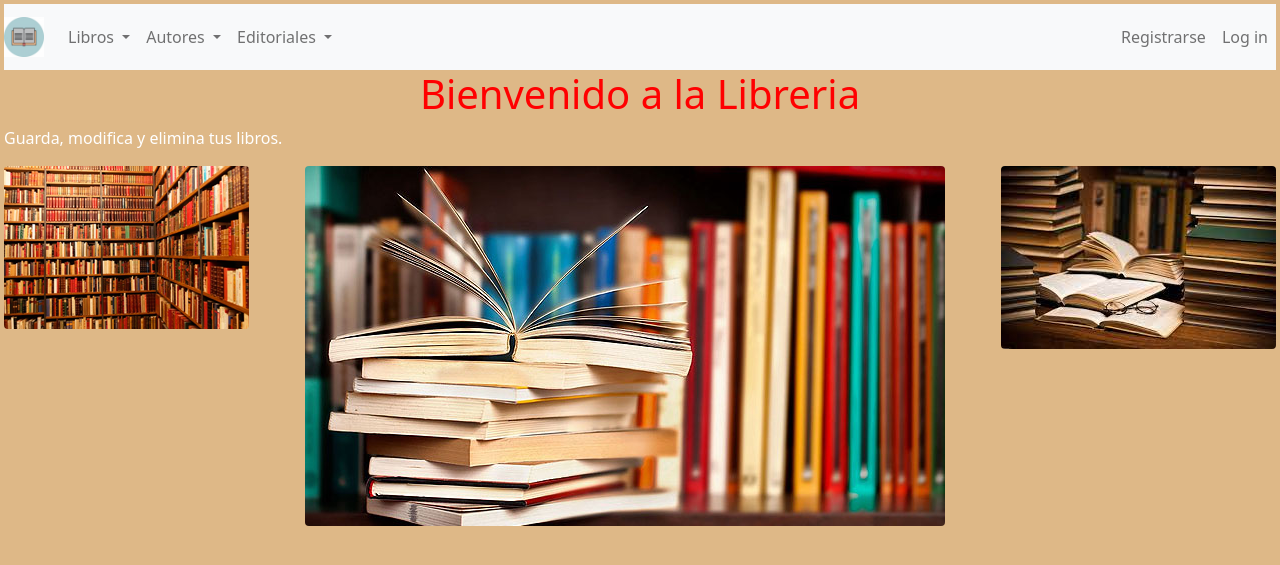
Repository: frnalonso/libreria
Page: src/main/resources/templates/index.html
The author's editor kept a copy of each file at every save. The page is drawn from the files as they stood at one save, then again after the next save.
The browser window is 1280 px wide. The pictures show the whole page.

Above is the page before, as saved 2021-12-03 21:21:26.

### src/main/resources/templates/index.html

<!doctype html>
<html lang="en">
  <head>
    <!-- Required meta tags -->
    <meta charset="utf-8">
    <meta name="viewport" content="width=device-width, initial-scale=1">

    <!-- Bootstrap CSS -->
    <link href="https://cdn.jsdelivr.net/npm/bootstrap@5.1.3/dist/css/bootstrap.min.css" rel="stylesheet" integrity="sha384-1BmE4kWBq78iYhFldvKuhfTAU6auU8tT94WrHftjDbrCEXSU1oBoqyl2QvZ6jIW3" crossorigin="anonymous">
    <link rel="stylesheet" href="/css/index.css"/>
    <title>Inicio</title>

  </head>
  <body class="p-1 text-white">
    <nav class="navbar navbar-expand-lg navbar-light bg-light">
        <a class="navbar-brand" href="/" ><img src="/images/icono_libreria2.jpg" width="40px" alt=""></a>
        <button class="navbar-toggler" type="button" data-toggle="collapse" data-target="#navbarNavAltMarkup" aria-controls="navbarNavAltMarkup" aria-expanded="false" aria-label="Toggle navigation">
          <span class="navbar-toggler-icon"></span>
        </button>
        <div class="collapse navbar-collapse" id="navbarNavAltMarkup">
          <div class="navbar-nav">
            <li class="nav-item dropdown">
              <a class="nav-link dropdown-toggle" href="#" id="navbarDropdown" role="button" data-bs-toggle="dropdown" aria-expanded="false">
                Libros
              </a>
              <ul class="dropdown-menu" aria-labelledby="navbarDropdown">
                <li><a class="dropdown-item" href="/registro">Registrar Libro</a></li>
                <li><a class="dropdown-item" href="/mostrar">Ver Libros</a></li>
              </ul>
            </li>
            <li class="nav-item dropdown">
              <a class="nav-link dropdown-toggle" href="#" id="navbarDropdown" role="button" data-bs-toggle="dropdown" aria-expanded="false">
                Autores
              </a>
              <ul class="dropdown-menu" aria-labelledby="navbarDropdown">
                <li><a class="dropdown-item" href="/autor/registrarAutor">Registrar Autor</a></li>
                <li><a class="dropdown-item" href="/autor/mostrarAutores">Ver Autores</a></li>
              </ul>
            </li>
            <li class="nav-item dropdown">
              <a class="nav-link dropdown-toggle" href="#" id="navbarDropdown" role="button" data-bs-toggle="dropdown" aria-expanded="false">
                Editoriales
              </a>
              <ul class="dropdown-menu" aria-labelledby="navbarDropdown">
                <li><a class="dropdown-item" href="/editorial/registrarEditorial">Registrar Editorial</a></li>
                <li><a class="dropdown-item" href="/editorial/mostrarEditoriales">Ver Editoriales</a></li>
              </ul>
            </li>
          </div>
          <div class="mx-auto order-0">
            <!--Dejo este div para que pueda tener Registrarse y Log in del lado derecho.-->
        </div>
            <ul class="navbar-nav ml-auto">
                <li class="nav-item">
                    <a class="nav-link" href="/registrarse/registrarCliente">Registrarse</a>
                </li>
                <li class="nav-item">
                    <a class="nav-link" href="#">Log in</a>
                </li>
            </ul>
        </div>
      </nav>
    <h1>Bienvenido a la Libreria</h1>
    <p>Guarda, modifica y elimina tus libros.</p>

    <img src="/images/registrar_libro.png" class="rounded float-start" alt="...">
<img src="/images/autor_registrar.jpg" class="rounded float-end" alt="...">
<img src="/images/editorial_registrar.jpg" class="rounded mx-auto d-block" alt="...">


    <!-- Optional JavaScript; choose one of the two! -->

    <!-- Option 1: Bootstrap Bundle with Popper -->
    <script src="https://cdn.jsdelivr.net/npm/bootstrap@5.1.3/dist/js/bootstrap.bundle.min.js" integrity="sha384-ka7Sk0Gln4gmtz2MlQnikT1wXgYsOg+OMhuP+IlRH9sENBO0LRn5q+8nbTov4+1p" crossorigin="anonymous"></script>

    <!-- Option 2: Separate Popper and Bootstrap JS -->
    <!--
    <script src="https://cdn.jsdelivr.net/npm/@popperjs/core@2.10.2/dist/umd/popper.min.js" integrity="sha384-7+zCNj/IqJ95wo16oMtfsKbZ9ccEh31eOz1HGyDuCQ6wgnyJNSYdrPa03rtR1zdB" crossorigin="anonymous"></script>
    <script src="https://cdn.jsdelivr.net/npm/bootstrap@5.1.3/dist/js/bootstrap.min.js" integrity="sha384-QJHtvGhmr9XOIpI6YVutG+2QOK9T+ZnN4kzFN1RtK3zEFEIsxhlmWl5/YESvpZ13" crossorigin="anonymous"></script>
    -->
  </body>
</html>

### src/main/resources/static/css/index.css
body {
    background-color:burlywood;
}

h1 {
    color: red;
    text-align: center;
}

img {
    display:block;
    margin:auto;
}

After the next save:
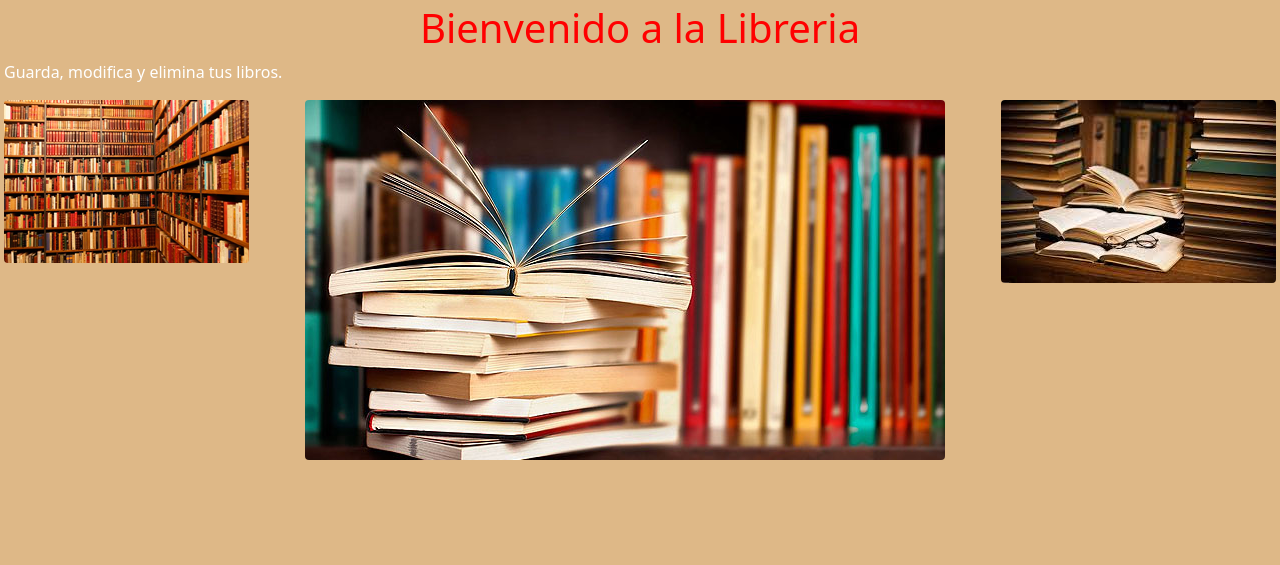
Saved 7 min 23 s later.
--- a/src/main/resources/templates/index.html
+++ b/src/main/resources/templates/index.html
@@ -13,54 +13,7 @@
 
   </head>
   <body class="p-1 text-white">
-    <nav class="navbar navbar-expand-lg navbar-light bg-light">
-        <a class="navbar-brand" href="/" ><img src="/images/icono_libreria2.jpg" width="40px" alt=""></a>
-        <button class="navbar-toggler" type="button" data-toggle="collapse" data-target="#navbarNavAltMarkup" aria-controls="navbarNavAltMarkup" aria-expanded="false" aria-label="Toggle navigation">
-          <span class="navbar-toggler-icon"></span>
-        </button>
-        <div class="collapse navbar-collapse" id="navbarNavAltMarkup">
-          <div class="navbar-nav">
-            <li class="nav-item dropdown">
-              <a class="nav-link dropdown-toggle" href="#" id="navbarDropdown" role="button" data-bs-toggle="dropdown" aria-expanded="false">
-                Libros
-              </a>
-              <ul class="dropdown-menu" aria-labelledby="navbarDropdown">
-                <li><a class="dropdown-item" href="/registro">Registrar Libro</a></li>
-                <li><a class="dropdown-item" href="/mostrar">Ver Libros</a></li>
-              </ul>
-            </li>
-            <li class="nav-item dropdown">
-              <a class="nav-link dropdown-toggle" href="#" id="navbarDropdown" role="button" data-bs-toggle="dropdown" aria-expanded="false">
-                Autores
-              </a>
-              <ul class="dropdown-menu" aria-labelledby="navbarDropdown">
-                <li><a class="dropdown-item" href="/autor/registrarAutor">Registrar Autor</a></li>
-                <li><a class="dropdown-item" href="/autor/mostrarAutores">Ver Autores</a></li>
-              </ul>
-            </li>
-            <li class="nav-item dropdown">
-              <a class="nav-link dropdown-toggle" href="#" id="navbarDropdown" role="button" data-bs-toggle="dropdown" aria-expanded="false">
-                Editoriales
-              </a>
-              <ul class="dropdown-menu" aria-labelledby="navbarDropdown">
-                <li><a class="dropdown-item" href="/editorial/registrarEditorial">Registrar Editorial</a></li>
-                <li><a class="dropdown-item" href="/editorial/mostrarEditoriales">Ver Editoriales</a></li>
-              </ul>
-            </li>
-          </div>
-          <div class="mx-auto order-0">
-            <!--Dejo este div para que pueda tener Registrarse y Log in del lado derecho.-->
-        </div>
-            <ul class="navbar-nav ml-auto">
-                <li class="nav-item">
-                    <a class="nav-link" href="/registrarse/registrarCliente">Registrarse</a>
-                </li>
-                <li class="nav-item">
-                    <a class="nav-link" href="#">Log in</a>
-                </li>
-            </ul>
-        </div>
-      </nav>
+
     <h1>Bienvenido a la Libreria</h1>
     <p>Guarda, modifica y elimina tus libros.</p>
 
